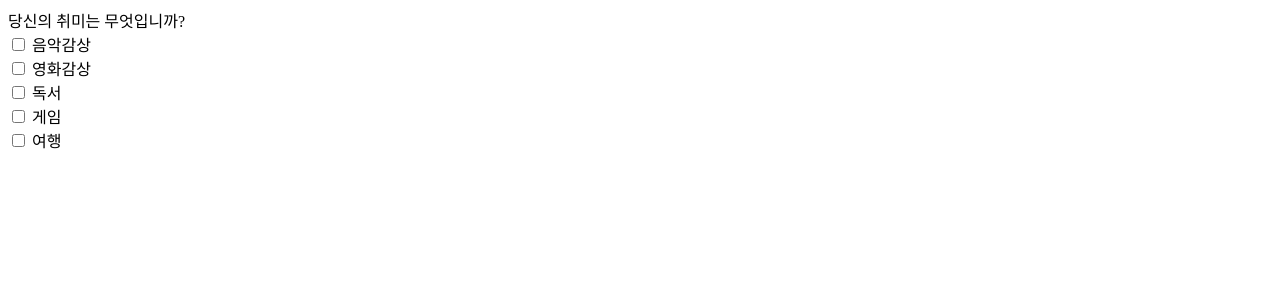
Repository: Jooheehan-kopo/web-workspace
Page: Lecture-web/WebContent/javascript/Dom/exam10(form).html
The author's editor kept a copy of each file at every save. The page is drawn from the files as they stood at one save, then again after the next save.
The browser window is 1280 px wide. The pictures show the whole page.

Above is the page before, as saved 2021-06-16 02:32:13.

After the next save:
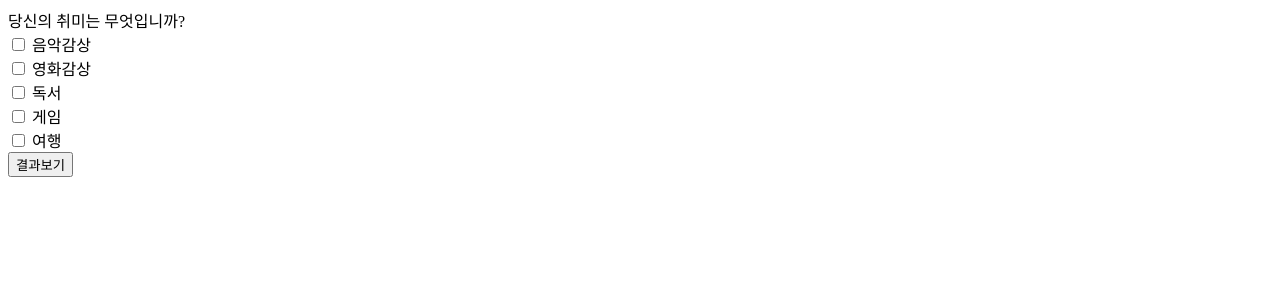
Saved 2 min 19 s later.
--- a/Lecture-web/WebContent/javascript/Dom/exam10(form).html
+++ b/Lecture-web/WebContent/javascript/Dom/exam10(form).html
@@ -6,7 +6,7 @@
 <script >
 	//액션이 있어야 이전것 실행안함
 	//name이 같아야함. 하나로 묶을 수 있음.
-	// checkbox를 어떤 것을 선택했는지 알 수 없음. --> value값을 정의해야함.
+	// checkbox를 어떤 것을 선택했는지 알 수 없음. --> value값을 정의해야함. on으로 들어가지 않고 벨류값이 들어감.
 
 </script>
 </head>
@@ -18,6 +18,7 @@
 		<input type="checkbox" name ="hobby" value="book"> 독서<br>
 		<input type="checkbox" name ="hobby" value="game"> 게임<br>
 		<input type="checkbox" name ="hobby" value="travel"> 여행<br>
+		<input type="button" value="결과보기">
 
 	</form>
 
